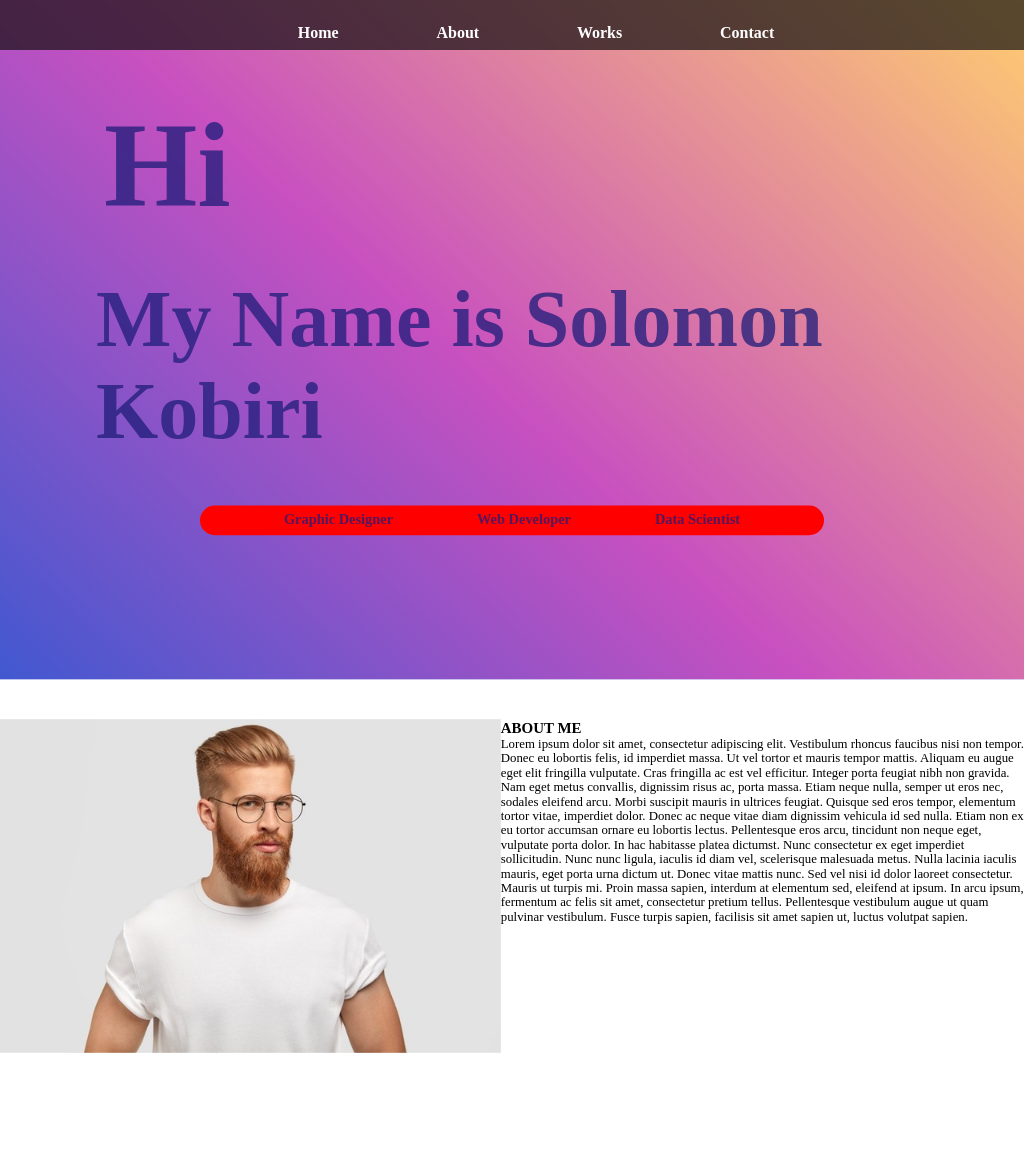
Repository: Kwabena-Kobiri/yellocoders
Page: index.html
The author's editor kept a copy of each file at every save. The page is drawn from the files as they stood at one save, then again after the next save.
The browser window is 1280 px wide. The pictures show the whole page, at 80% of full size.

Above is the page before, as saved 2021-05-13 11:27:13.

After the next save:
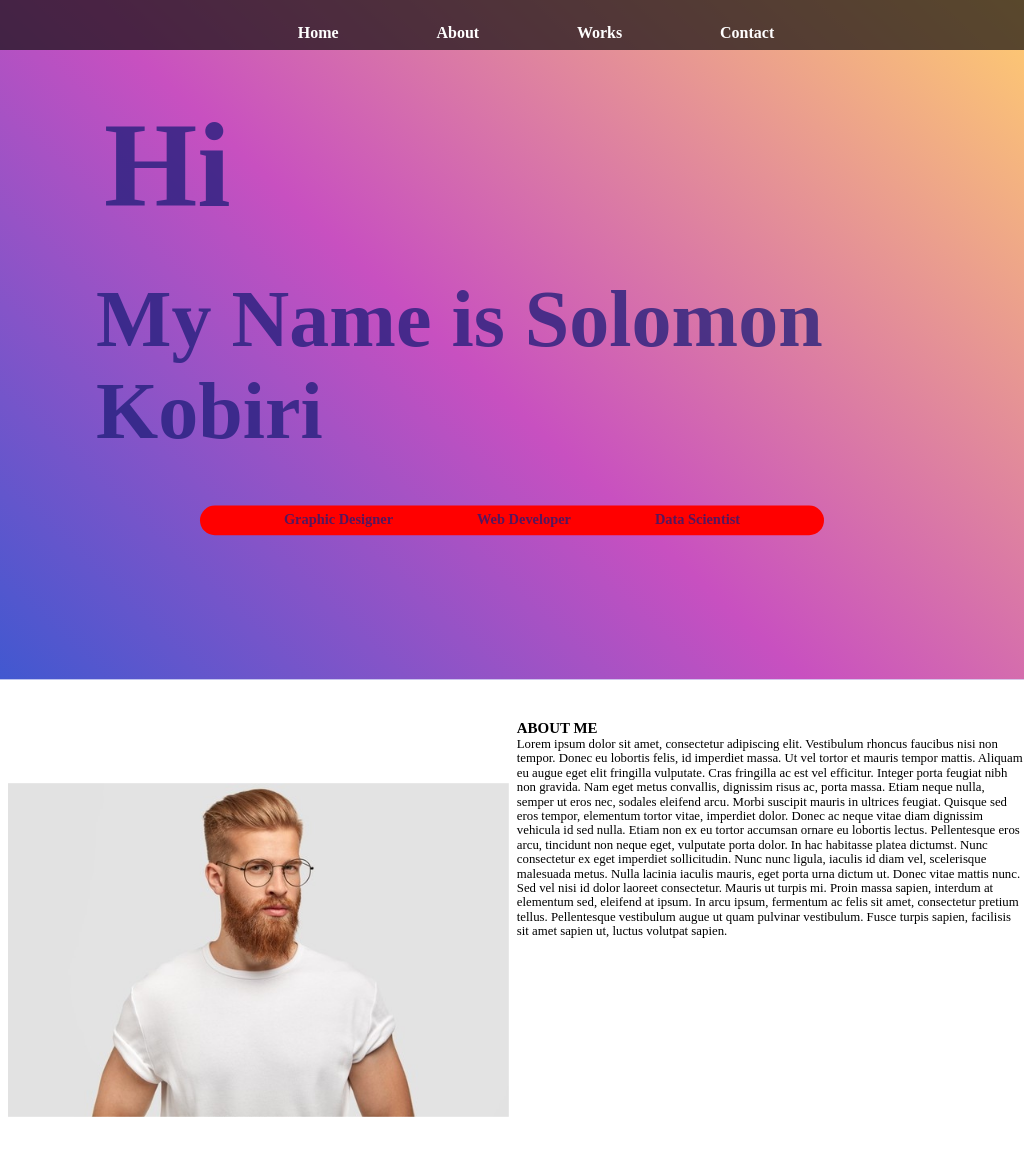
Saved 85 s later.
--- a/index.css
+++ b/index.css
@@ -99,32 +99,11 @@ body {
     background: rgb(255, 255, 255);
 }
 
-
-
-
-
-
-
-
-
-
-
-
-
-
-
-
-
-
-
-
-
-
-/* .ImageDiv {
+.ImageDiv {
     flex: 2;
     position: relative;
     padding: 80px 10px 0px 10px;
-} */
+}
 
 /* .ImageDiv > img {
     border-radius: 40%;
